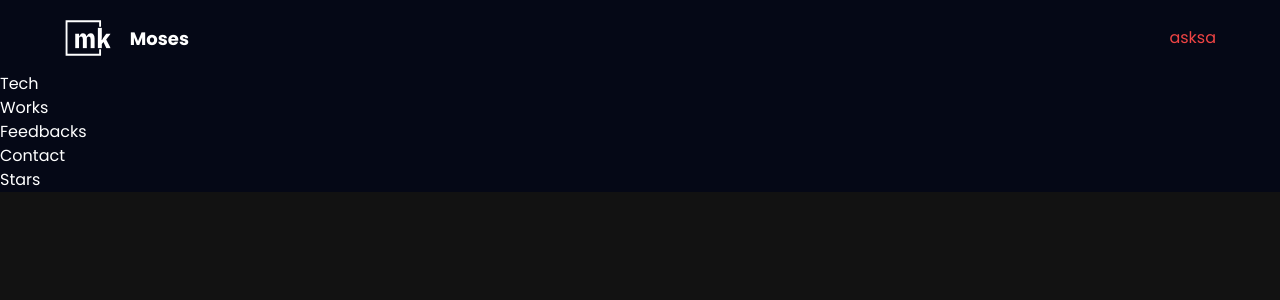
Repository: mosesvk/Portfolio_23
Page: /
These files come from the project's save history. The page is drawn as it stood at one moment and after the next save; the edit follows.
The browser window is 1280 px wide. The pictures show the whole page.
The project was rebuilt for these pictures with package versions that can differ from the ones it lists, and the page was loaded fresh each time. Also part of the build but not shown: next.config.js, vite.config.js, src/components/canvas/Earth.jsx, src/components/canvas/Ball.jsx, src/components/canvas/Computers.jsx.

Above is the page before, as saved 2023-04-24 16:13:24.

### index.html
<!DOCTYPE html>
<html lang="en">
  <head>
    <meta charset="UTF-8" />
    <link rel="icon" type="image/svg+xml" href="/vite.svg" />
    <meta name="viewport" content="width=device-width, initial-scale=1.0" />
    <title>Moses K. | Portfolio</title>
  </head>
  <body>
    <div id="root"></div>
    <script type="module" src="/src/main.jsx"></script>
  </body>
</html>

### src/App.jsx
import { BrowserRouter } from 'react-router-dom';

import {
  About,
  Contact,
  Experience,
  Feedbacks,
  Hero,
  Navbar,
  Tech,
  Works,
  StarsCanvas
} from './components';

const App = () => {
  return (
    <BrowserRouter>
      <div className='relative z-0 bg-primary'>
        <div className='bg-hero-pattern bg-cover bg-no-repeat bg-center'>
          <Navbar />
          <Hero />
        </div>
        <About />
        <Experience />
        <Tech />
        <Works />
        <Feedbacks />
        <div className='relative z-0'>
          <Contact />
          <StarsCanvas />
        </div>
      </div>
    </BrowserRouter>
  );
};

export default App;

### src/components/Navbar.jsx
import React, { useEffect, useState } from 'react';
import { Link } from 'react-router-dom';

import { styles } from '../styles';
import { navLinks } from '../contstants';
import { logo, menu, close } from '../assets';

const Navbar = () => {
  return (
    <nav
      className={`${styles.paddingX} w-full flex items-center py-5 fixed top-0 z-20 bg-primary`}
    >
      <div className='w-full flex justify-between items-center max-w-7xl mx-auto'>
        <Link
          to='/'
          className='flex items-center gap-2'
          onClick={() => {
            setActive('');
            window.scrollTo(0, 0);
          }}
        >
          <img src={logo} alt='logo' className='h-9 object-contain'/>
          <p className='text-white text-[18px] font-bold cursor-pointer'>Moses</p>
        </Link>
        <p className="text-red-500">asksa</p>
      </div>
    </nav>
  );
};

export default Navbar;

### src/contstants/index.js
import {
    mobile,
    backend,
    creator,
    web,
    javascript,
    typescript,
    html,
    css,
    reactjs,
    redux,
    tailwind,
    nodejs,
    mongodb,
    git,
    figma,
    docker,
    meta,
    starbucks,
    tesla,
    shopify,
    carrent,
    jobit,
    tripguide,
    threejs,
  } from "../assets";

  export const navLinks = [
    {
      id: "about",
      title: "About",
    },
    {
      id: "work",
      title: "Work",
    },
    {
      id: "contact",
      title: "Contact",
    },
  ];

  const services = [
    {
      title: "Web Developer",
      icon: web,
    },
    {
      title: "React Native Developer",
      icon: mobile,
    },
    {
      title: "Backend Developer",
      icon: backend,
    },
    {
      title: "Content Creator",
      icon: creator,
    },
  ];

  const technologies = [
    {
      name: "HTML 5",
      icon: html,
    },
    {
      name: "CSS 3",
      icon: css,
    },
    {
      name: "JavaScript",
      icon: javascript,
    },
    {
      name: "TypeScript",
      icon: typescript,
    },
    {
      name: "React JS",
      icon: reactjs,
    },
    {
      name: "Redux Toolkit",
      icon: redux,
    },
    {
      name: "Tailwind CSS",
      icon: tailwind,
    },
    {
      name: "Node JS",
      icon: nodejs,
    },
    {
      name: "MongoDB",
      icon: mongodb,
    },
    {
      name: "Three JS",
      icon: threejs,
    },
    {
      name: "git",
      icon: git,
    },
    {
      name: "figma",
      icon: figma,
    },
    {
      name: "docker",
      icon: docker,
    },
  ];

  const experiences = [
    {
      title: "React.js Developer",
      company_name: "Starbucks",
      icon: starbucks,
      iconBg: "#383E56",
      date: "March 2020 - April 2021",
      points: [
        "Developing and maintaining web applications using React.js and other related technologies.",
        "Collaborating with cross-functional teams including designers, product managers, and other developers to create high-quality products.",
        "Implementing responsive design and ensuring cross-browser compatibility.",
        "Participating in code reviews and providing constructive feedback to other developers.",
      ],
    },
    {
      title: "React Native Developer",
      company_name: "Tesla",
      icon: tesla,
      iconBg: "#E6DEDD",
      date: "Jan 2021 - Feb 2022",
      points: [
        "Developing and maintaining web applications using React.js and other related technologies.",
        "Collaborating with cross-functional teams including designers, product managers, and other developers to create high-quality products.",
        "Implementing responsive design and ensuring cross-browser compatibility.",
        "Participating in code reviews and providing constructive feedback to other developers.",
      ],
    },
    {
      title: "Web Developer",
      company_name: "Shopify",
      icon: shopify,
      iconBg: "#383E56",
      date: "Jan 2022 - Jan 2023",
      points: [
        "Developing and maintaining web applications using React.js and other related technologies.",
        "Collaborating with cross-functional teams including designers, product managers, and other developers to create high-quality products.",
        "Implementing responsive design and ensuring cross-browser compatibility.",
        "Participating in code reviews and providing constructive feedback to other developers.",
      ],
    },
    {
      title: "Full stack Developer",
      company_name: "Meta",
      icon: meta,
      iconBg: "#E6DEDD",
      date: "Jan 2023 - Present",
      points: [
        "Developing and maintaining web applications using React.js and other related technologies.",
        "Collaborating with cross-functional teams including designers, product managers, and other developers to create high-quality products.",
        "Implementing responsive design and ensuring cross-browser compatibility.",
        "Participating in code reviews and providing constructive feedback to other developers.",
      ],
    },
  ];

  const testimonials = [
    {
      testimonial:
        "I thought it was impossible to make a website as beautiful as our product, but Rick proved me wrong.",
      name: "Sara Lee",
      designation: "CFO",
      company: "Acme Co",
      image: "https://randomuser.me/api/portraits/women/4.jpg",
    },
    {
      testimonial:
        "I've never met a web developer who truly cares about their clients' success like Rick does.",
      name: "Chris Brown",
      designation: "COO",
      company: "DEF Corp",
      image: "https://randomuser.me/api/portraits/men/5.jpg",
    },
    {
      testimonial:
        "After Rick optimized our website, our traffic increased by 50%. We can't thank them enough!",
      name: "Lisa Wang",
      designation: "CTO",
      company: "456 Enterprises",
      image: "https://randomuser.me/api/portraits/women/6.jpg",
    },
  ];

  const projects = [
    {
      name: "Car Rent",
      description:
        "Web-based platform that allows users to search, book, and manage car rentals from various providers, providing a convenient and efficient solution for transportation needs.",
      tags: [
        {
          name: "react",
          color: "blue-text-gradient",
        },
        {
          name: "mongodb",
          color: "green-text-gradient",
        },
        {
          name: "tailwind",
          color: "pink-text-gradient",
        },
      ],
      image: carrent,
      source_code_link: "https://github.com/",
    },
    {
      name: "Job IT",
      description:
        "Web application that enables users to search for job openings, view estimated salary ranges for positions, and locate available jobs based on their current location.",
      tags: [
        {
          name: "react",
          color: "blue-text-gradient",
        },
        {
          name: "restapi",
          color: "green-text-gradient",
        },
        {
          name: "scss",
          color: "pink-text-gradient",
        },
      ],
      image: jobit,
      source_code_link: "https://github.com/",
    },
    {
      name: "Trip Guide",
      description:
        "A comprehensive travel booking platform that allows users to book flights, hotels, and rental cars, and offers curated recommendations for popular destinations.",
      tags: [
        {
          name: "nextjs",
          color: "blue-text-gradient",
        },
        {
          name: "supabase",
          color: "green-text-gradient",
        },
        {
          name: "css",
          color: "pink-text-gradient",
        },
      ],
      image: tripguide,
      source_code_link: "https://github.com/",
    },
  ];

  export { services, technologies, experiences, testimonials, projects };

### src/assets/index.js
import logo from "./logo.svg";
import backend from "./backend.png";
import creator from "./creator.png";
import mobile from "./mobile.png";
import web from "./web.png";
import github from "./github.png";
import menu from "./menu.svg";
import close from "./close.svg";

import css from "./tech/css.png";
import docker from "./tech/docker.png";
import figma from "./tech/figma.png";
import git from "./tech/git.png";
import html from "./tech/html.png";
import javascript from "./tech/javascript.png";
import mongodb from "./tech/mongodb.png";
import nodejs from "./tech/nodejs.png";
import reactjs from "./tech/reactjs.png";
import redux from "./tech/redux.png";
import tailwind from "./tech/tailwind.png";
import typescript from "./tech/typescript.png";
import threejs from "./tech/threejs.svg";

import meta from "./company/meta.png";
import shopify from "./company/shopify.png";
import starbucks from "./company/starbucks.png";
import tesla from "./company/tesla.png";

import carrent from "./carrent.png";
import jobit from "./jobit.png";
import tripguide from "./tripguide.png";

export {
  logo,
  backend,
  creator,
  mobile,
  web,
  github,
  menu,
  close,
  css,
  docker,
  figma,
  git,
  html,
  javascript,
  mongodb,
  nodejs,
  reactjs,
  redux,
  tailwind,
  typescript,
  threejs,
  meta,
  shopify,
  starbucks,
  tesla,
  carrent,
  jobit,
  tripguide,
};

Loaded but not shown: src/main.jsx (common file); src/index.css (common file); src/components/index.js (common file); src/components/canvas/index.js (common file); src/components/Hero.jsx (common file); src/components/About.jsx (common file); src/components/Tech.jsx (common file); src/components/Experience.jsx (common file); src/components/Works.jsx (common file); src/components/Feedbacks.jsx (common file); src/components/Contact.jsx (common file); src/components/canvas/Stars.jsx (common file); src/styles.js (common file); tailwind.config.js (common file)

After the next save:
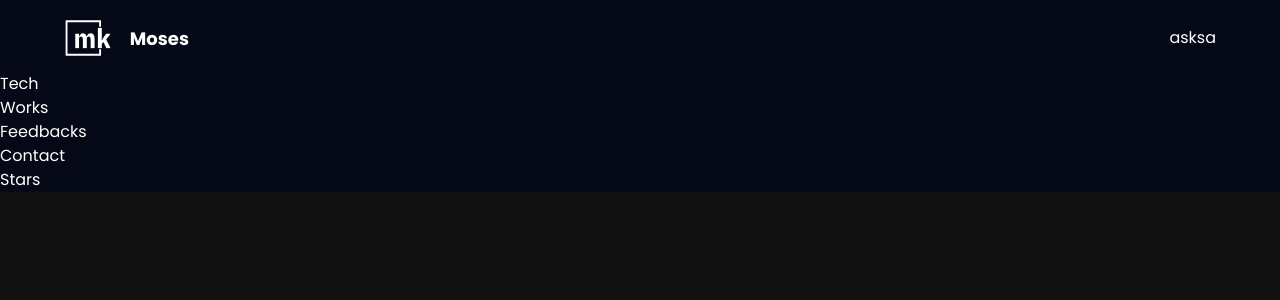
Saved 15 min 56 s later.
--- a/src/components/Navbar.jsx
+++ b/src/components/Navbar.jsx
@@ -22,7 +22,7 @@
           <img src={logo} alt='logo' className='h-9 object-contain'/>
           <p className='text-white text-[18px] font-bold cursor-pointer'>Moses</p>
         </Link>
-        <p className="text-red-500">asksa</p>
+        <p className="text-white">asksa</p>
       </div>
     </nav>
   );
